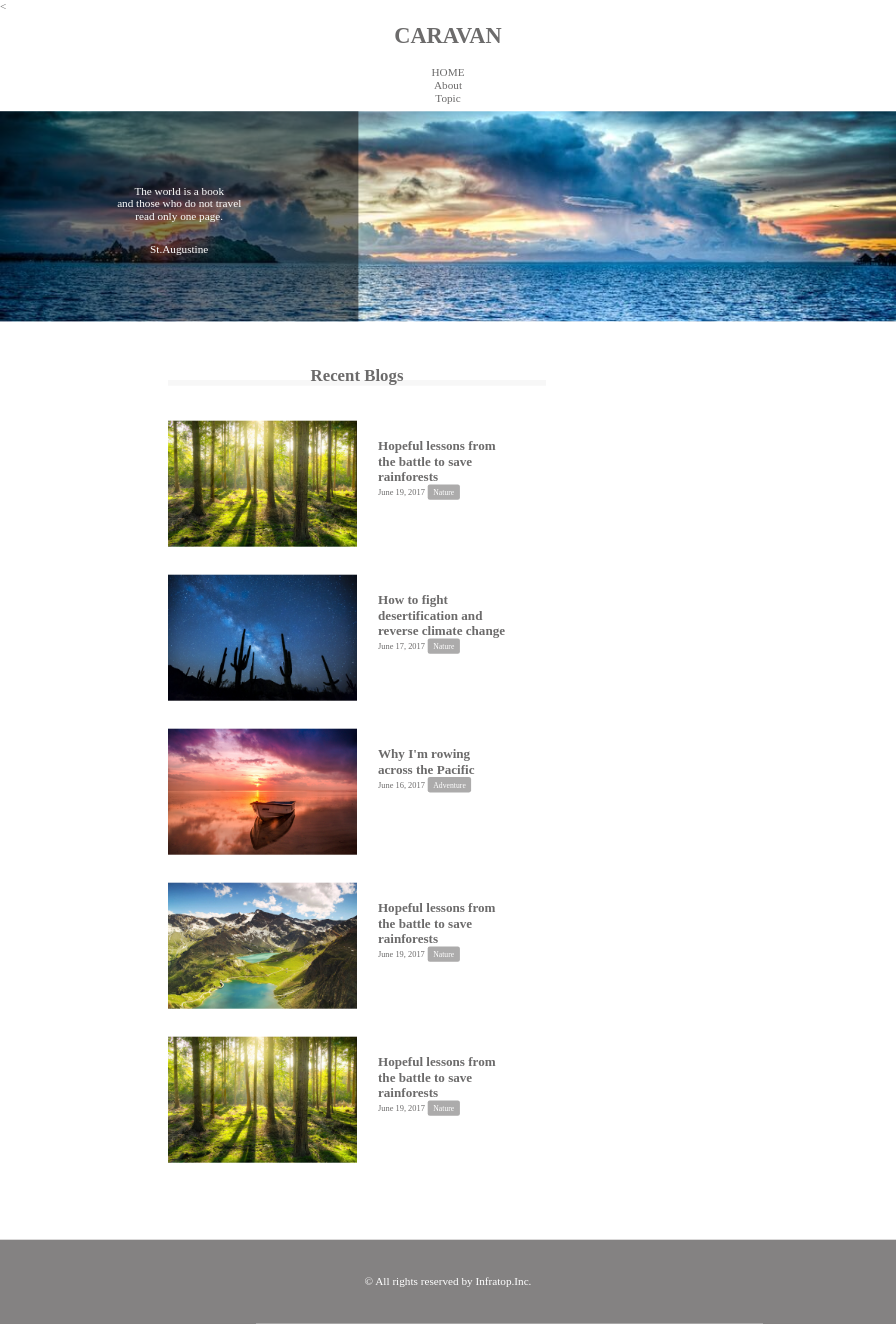
Repository: YabuYoshi/Bookers1
Page: carvan/index.html
The author's editor kept a record of every edit. The page is drawn from the files as they stood at one moment, then again after the next edit.
The browser window is 1280 px wide. The pictures show the whole page, at 70% of full size.

Above is the page before.

After the next edit:
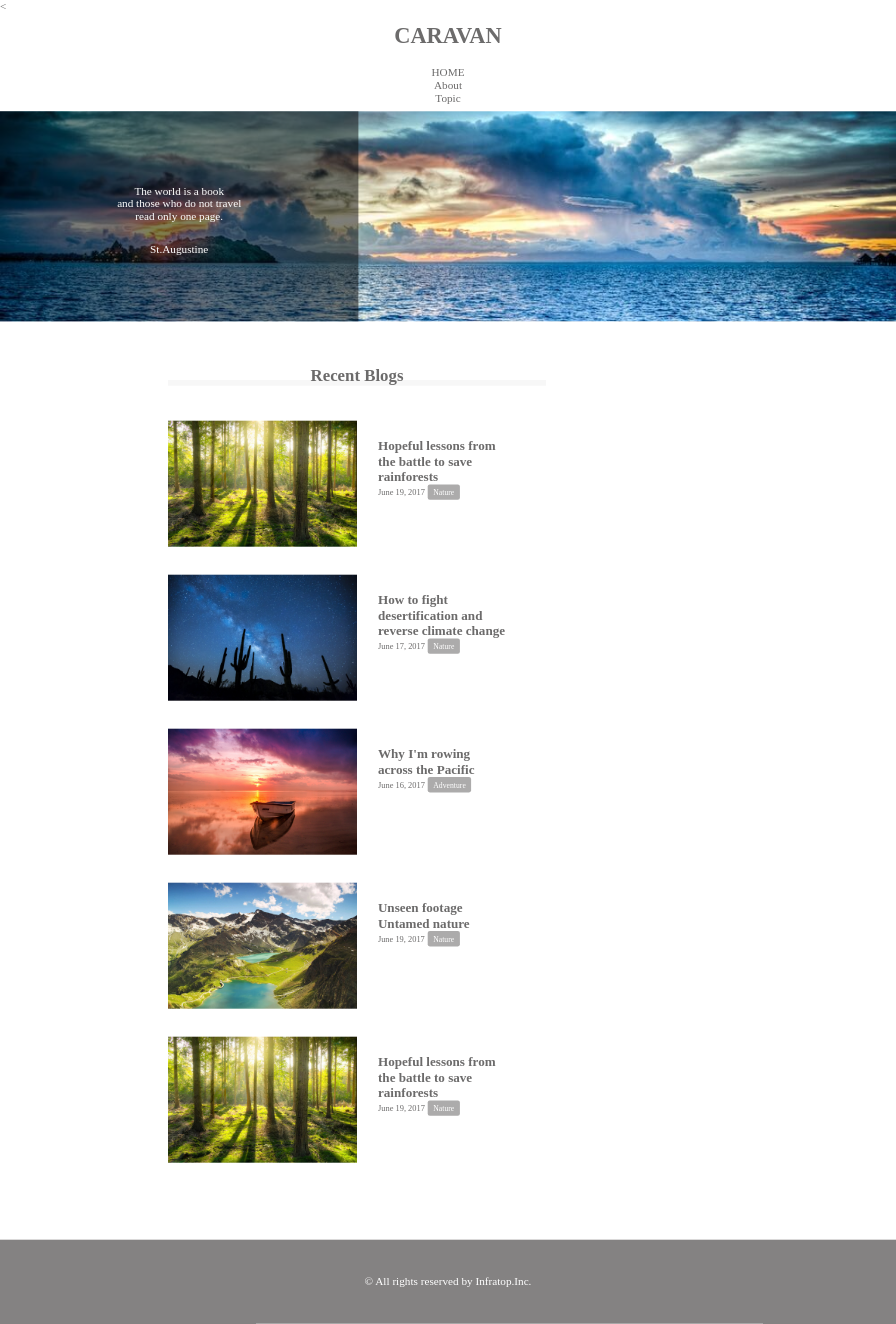
The edit:
--- a/carvan/index.html
+++ b/carvan/index.html
@@ -93,9 +93,8 @@
           <section class="blog-text">
             <h3>
               <a href="single.html">
-                Hopeful lessons from<br>
-                the battle to save<br>
-                rainforests
+                Unseen footage<br>
+                Untamed nature
               </a>
             </h3>
             <p class="blog-date">June 19, 2017</p>
